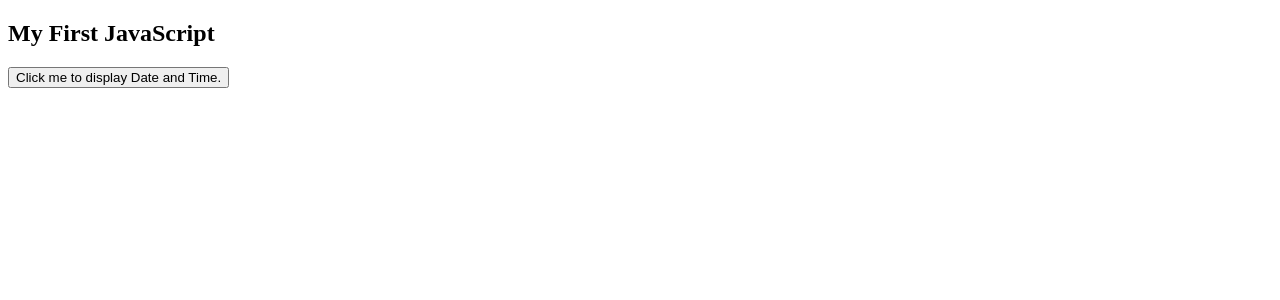
Repository: MintuKrishnan/subrahmanyam-batch
Page: js/index.html
These files come from the project's save history. The page is drawn as it stood at one moment and after the next save; the edit follows.
The browser window is 1280 px wide. The pictures show the whole page.

Above is the page before, as saved 2021-03-10 10:14:12.

After the next save:
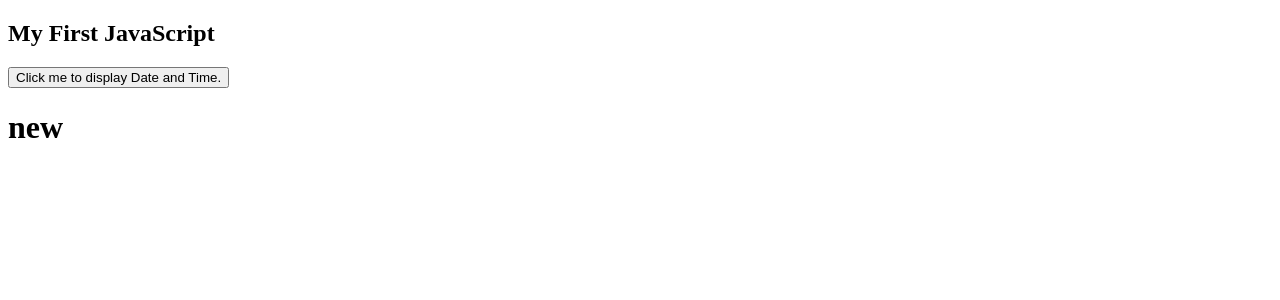
Saved 2 min 57 s later.
--- a/js/index.html
+++ b/js/index.html
@@ -3,9 +3,14 @@
   <body>
     <h2>My First JavaScript</h2>
 
-    <button type="button">Click me to display Date and Time.</button>
+    <button
+      type="button"
+      onclick="document.getElementById('demo').innerHTML = Date()"
+    >
+      Click me to display Date and Time.
+    </button>
 
     <p id="demo"></p>
-    <script></script>
+    <h1 class="new">new</h1>
   </body>
 </html>
